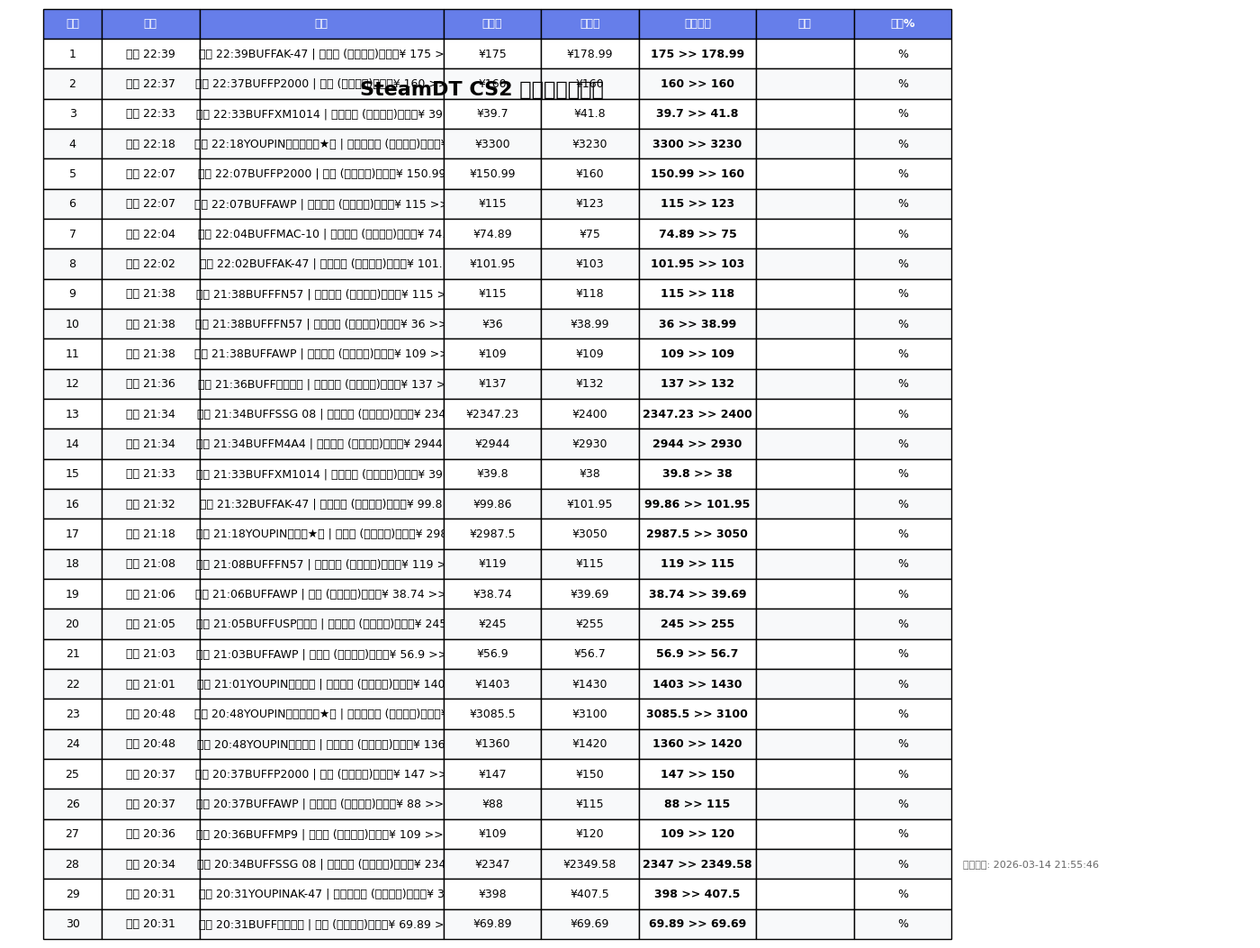
Repository: qinfeng365/koishi-plugin-steamdt-client
Script's output: python generate_table_image.py
The author's editor kept a copy of each file at every save. The script's output is drawn from the files as they stood at one save, then again after the next save.
The pictures are shown at 90% of full size.
Figures wider than 1,400 px are first shrunk to that width. Random numbers start from a fixed seed.

Above is the script's output before, as saved 2026-03-14 22:18:31.

### generate_table_image.py
#!/usr/bin/env python
# -*- coding: utf-8 -*-
"""
将 SteamDT 异动数据生成为表格图片
"""

import json
import pandas as pd
from datetime import datetime
import sys

def generate_table_image(json_file='steamdt_changes.json', output_file='table.png', rows=30):
    """生成表格图片"""

    try:
        # 读取 JSON 数据
        with open(json_file, 'r', encoding='utf-8') as f:
            data = json.load(f)

        if not data:
            print("错误: 数据为空")
            return False

        # 限制行数
        data = data[:rows]

        # 创建 DataFrame
        df_data = []
        for i, item in enumerate(data, 1):
            df_data.append({
                '序号': i,
                '时间': item.get('timestamp', '-'),
                '商品': item.get('full_content', '')[:40],
                '旧价格': f"¥{item.get('old_price', '-')}",
                '新价格': f"¥{item.get('new_price', '-')}",
                '价格变化': item.get('price_change', '-'),
                '趋势': item.get('price_trend', '-'),
                '变化%': f"{item.get('price_change_percent', '-')}%"
            })

        df = pd.DataFrame(df_data)

        # 创建图表
        import matplotlib.pyplot as plt
        import matplotlib.patches as mpatches
        from matplotlib import rcParams

        # 设置中文字体
        rcParams['font.sans-serif'] = ['SimHei', 'DejaVu Sans']
        rcParams['axes.unicode_minus'] = False

        # 创建图表
        fig, ax = plt.subplots(figsize=(14, max(8, len(df) * 0.3)))
        ax.axis('tight')
        ax.axis('off')

        # 创建表格
        table = ax.table(cellText=df.values, colLabels=df.columns,
                        cellLoc='center', loc='center',
                        colWidths=[0.06, 0.1, 0.25, 0.1, 0.1, 0.12, 0.1, 0.1])

        # 设置表格样式
        table.auto_set_font_size(False)
        table.set_fontsize(9)
        table.scale(1, 2)

        # 设置表头样式
        for i in range(len(df.columns)):
            cell = table[(0, i)]
            cell.set_facecolor('#667eea')
            cell.set_text_props(weight='bold', color='white')

        # 设置行颜色
        for i in range(1, len(df) + 1):
            trend = df.iloc[i-1]['趋势']

            for j in range(len(df.columns)):
                cell = table[(i, j)]

                if trend == '上涨':
                    cell.set_facecolor('#ffe6e6')
                elif trend == '下跌':
                    cell.set_facecolor('#e6ffe6')
                else:
                    cell.set_facecolor('#f8f9fa' if i % 2 == 0 else 'white')

                # 价格变化列加粗
                if j == 5:  # 价格变化列
                    cell.set_text_props(weight='bold')
                    if trend == '上涨':
                        cell.set_text_props(weight='bold', color='#ff4444')
                    elif trend == '下跌':
                        cell.set_text_props(weight='bold', color='#00aa00')

        # 添加标题
        fig.suptitle('SteamDT CS2 饰品异动数据表', fontsize=16, fontweight='bold', y=0.98)

        # 添加时间戳
        timestamp = datetime.now().strftime('%Y-%m-%d %H:%M:%S')
        fig.text(0.99, 0.01, f'生成时间: {timestamp}', ha='right', fontsize=8, color='#666')

        # 保存图片
        plt.savefig(output_file, dpi=150, bbox_inches='tight', facecolor='white')
        print(f"表格图片已生成: {output_file}")

        # 显示统计信息
        up_count = sum(1 for item in data if item.get('price_trend') == '上涨')
        down_count = sum(1 for item in data if item.get('price_trend') == '下跌')

        print(f"\n数据统计:")
        print(f"  总条数: {len(data)}")
        print(f"  上涨: {up_count}")
        print(f"  下跌: {down_count}")

        return True

    except ImportError:
        print("错误: 需要安装 pandas 和 matplotlib")
        print("请运行: pip install pandas matplotlib")
        return False
    except Exception as e:
        print(f"错误: {e}")
        import traceback
        traceback.print_exc()
        return False

if __name__ == '__main__':
    json_file = sys.argv[1] if len(sys.argv) > 1 else 'steamdt_changes.json'
    output_file = sys.argv[2] if len(sys.argv) > 2 else 'table.png'
    rows = int(sys.argv[3]) if len(sys.argv) > 3 else 30

    success = generate_table_image(json_file, output_file, rows)
    sys.exit(0 if success else 1)

Loaded but not shown: steamdt_changes.json (782 lines, source omitted)

After the next save:
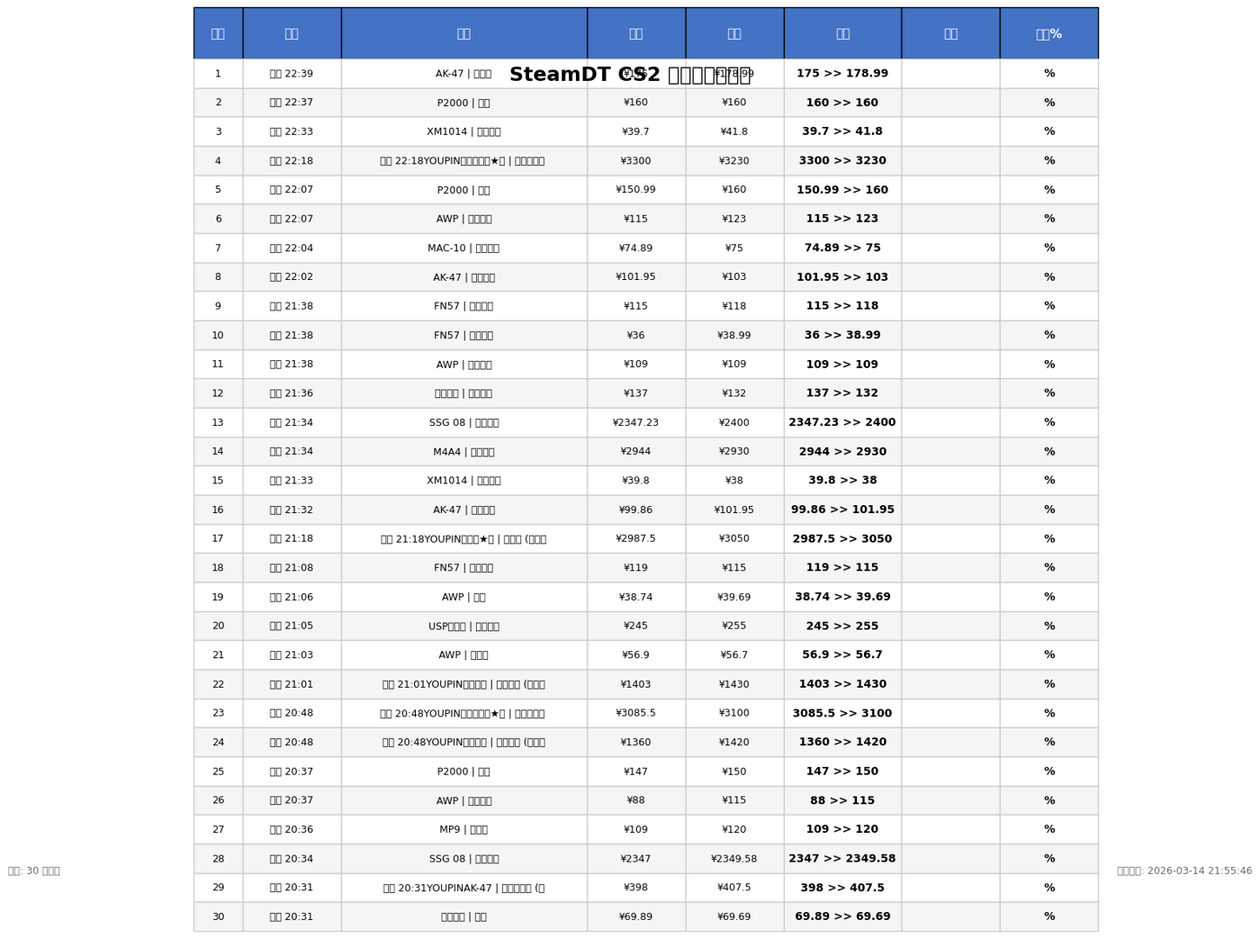
Saved 44 s later.
--- a/generate_table_image.py
+++ b/generate_table_image.py
@@ -1,7 +1,7 @@
 #!/usr/bin/env python
 # -*- coding: utf-8 -*-
 """
-将 SteamDT 异动数据生成为表格图片
+将 SteamDT 异动数据生成为高质量表格图片
 """
 
 import json
@@ -27,15 +27,22 @@
         # 创建 DataFrame
         df_data = []
         for i, item in enumerate(data, 1):
+            # 提取商品名称（从 full_content 中）
+            content = item.get('full_content', '')
+            # 尝试从内容中提取商品名称
+            import re
+            match = re.search(r'BUFF(.+?)\(', content)
+            product_name = match.group(1).strip() if match else content[:30]
+
             df_data.append({
                 '序号': i,
                 '时间': item.get('timestamp', '-'),
-                '商品': item.get('full_content', '')[:40],
-                '旧价格': f"¥{item.get('old_price', '-')}",
-                '新价格': f"¥{item.get('new_price', '-')}",
-                '价格变化': item.get('price_change', '-'),
+                '商品': product_name,
+                '旧价': f"¥{item.get('old_price', '-')}",
+                '新价': f"¥{item.get('new_price', '-')}",
+                '变化': item.get('price_change', '-'),
                 '趋势': item.get('price_trend', '-'),
-                '变化%': f"{item.get('price_change_percent', '-')}%"
+                '涨幅%': f"{item.get('price_change_percent', '-')}%"
             })
 
         df = pd.DataFrame(df_data)
@@ -49,58 +56,93 @@
         rcParams['font.sans-serif'] = ['SimHei', 'DejaVu Sans']
         rcParams['axes.unicode_minus'] = False
 
-        # 创建图表
-        fig, ax = plt.subplots(figsize=(14, max(8, len(df) * 0.3)))
+        # 计算图表大小
+        fig_height = max(10, len(df) * 0.35)
+        fig, ax = plt.subplots(figsize=(16, fig_height))
         ax.axis('tight')
         ax.axis('off')
 
         # 创建表格
-        table = ax.table(cellText=df.values, colLabels=df.columns,
-                        cellLoc='center', loc='center',
-                        colWidths=[0.06, 0.1, 0.25, 0.1, 0.1, 0.12, 0.1, 0.1])
+        table = ax.table(
+            cellText=df.values,
+            colLabels=df.columns,
+            cellLoc='center',
+            loc='center',
+            colWidths=[0.05, 0.1, 0.25, 0.1, 0.1, 0.12, 0.1, 0.1]
+        )
 
         # 设置表格样式
         table.auto_set_font_size(False)
-        table.set_fontsize(9)
-        table.scale(1, 2)
+        table.set_fontsize(10)
+        table.scale(1, 2.2)
 
         # 设置表头样式
         for i in range(len(df.columns)):
             cell = table[(0, i)]
-            cell.set_facecolor('#667eea')
-            cell.set_text_props(weight='bold', color='white')
+            cell.set_facecolor('#4472C4')
+            cell.set_text_props(weight='bold', color='white', fontsize=11)
+            cell.set_height(0.08)
 
-        # 设置行颜色
+        # 设置行颜色和样式
         for i in range(1, len(df) + 1):
             trend = df.iloc[i-1]['趋势']
 
             for j in range(len(df.columns)):
                 cell = table[(i, j)]
 
+                # 根据趋势设置背景色
                 if trend == '上涨':
-                    cell.set_facecolor('#ffe6e6')
+                    cell.set_facecolor('#FFE6E6')
+                    cell.set_edgecolor('#FF9999')
                 elif trend == '下跌':
-                    cell.set_facecolor('#e6ffe6')
+                    cell.set_facecolor('#E6F7E6')
+                    cell.set_edgecolor('#99CC99')
                 else:
-                    cell.set_facecolor('#f8f9fa' if i % 2 == 0 else 'white')
+                    if i % 2 == 0:
+                        cell.set_facecolor('#F5F5F5')
+                    else:
+                        cell.set_facecolor('white')
+                    cell.set_edgecolor('#CCCCCC')
+
+                # 设置文字样式
+                cell.set_text_props(fontsize=9)
 
                 # 价格变化列加粗
                 if j == 5:  # 价格变化列
-                    cell.set_text_props(weight='bold')
+                    cell.set_text_props(weight='bold', fontsize=10)
                     if trend == '上涨':
-                        cell.set_text_props(weight='bold', color='#ff4444')
+                        cell.set_text_props(weight='bold', color='#FF4444', fontsize=10)
                     elif trend == '下跌':
-                        cell.set_text_props(weight='bold', color='#00aa00')
+                        cell.set_text_props(weight='bold', color='#00AA00', fontsize=10)
+
+                # 趋势列加粗
+                if j == 6:
+                    cell.set_text_props(weight='bold', fontsize=10)
+                    if trend == '上涨':
+                        cell.set_text_props(weight='bold', color='#FF4444', fontsize=10)
+                    elif trend == '下跌':
+                        cell.set_text_props(weight='bold', color='#00AA00', fontsize=10)
+
+                # 涨幅列加粗
+                if j == 7:
+                    cell.set_text_props(weight='bold', fontsize=10)
+                    if trend == '上涨':
+                        cell.set_text_props(weight='bold', color='#FF4444', fontsize=10)
+                    elif trend == '下跌':
+                        cell.set_text_props(weight='bold', color='#00AA00', fontsize=10)
 
         # 添加标题
-        fig.suptitle('SteamDT CS2 饰品异动数据表', fontsize=16, fontweight='bold', y=0.98)
+        fig.suptitle('SteamDT CS2 饰品异动数据表', fontsize=18, fontweight='bold', y=0.98)
 
         # 添加时间戳
         timestamp = datetime.now().strftime('%Y-%m-%d %H:%M:%S')
-        fig.text(0.99, 0.01, f'生成时间: {timestamp}', ha='right', fontsize=8, color='#666')
+        fig.text(0.99, 0.01, f'生成时间: {timestamp}', ha='right', fontsize=9, color='#666')
+
+        # 添加图例
+        fig.text(0.01, 0.01, f'总计: {len(data)} 条数据', ha='left', fontsize=9, color='#666')
 
         # 保存图片
-        plt.savefig(output_file, dpi=150, bbox_inches='tight', facecolor='white')
+        plt.savefig(output_file, dpi=150, bbox_inches='tight', facecolor='white', edgecolor='none')
         print(f"表格图片已生成: {output_file}")
 
         # 显示统计信息
@@ -112,11 +154,12 @@
         print(f"  上涨: {up_count}")
         print(f"  下跌: {down_count}")
 
+        plt.close()
         return True
 
-    except ImportError:
-        print("错误: 需要安装 pandas 和 matplotlib")
-        print("请运行: pip install pandas matplotlib")
+    except ImportError as e:
+        print(f"错误: 需要安装依赖库")
+        print(f"请运行: pip install pandas matplotlib pillow")
         return False
     except Exception as e:
         print(f"错误: {e}")
